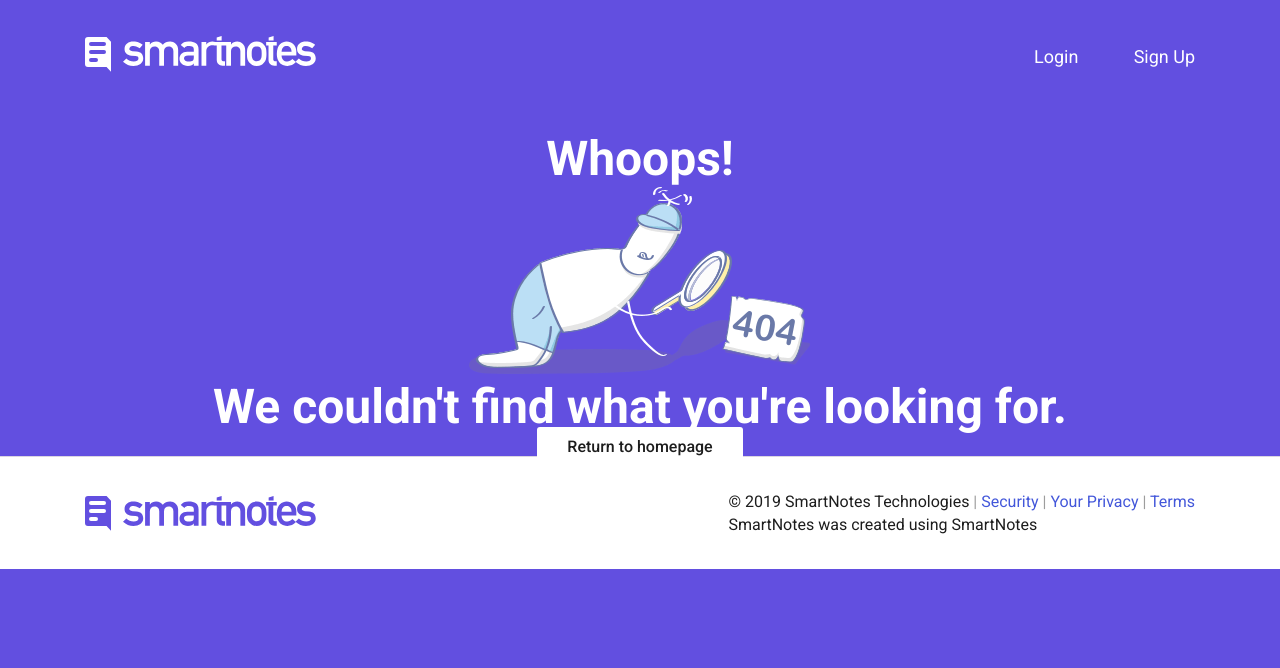
Repository: vargaeric/smartnotes
Page: workspace/public/html/404.html
The author's editor kept a record of every edit. The page is drawn from the files as they stood at one moment, then again after the next edit.
The browser window is 1280 px wide. The pictures show the whole page.

Above is the page before.

### workspace/public/html/404.html
<!DOCTYPE html>
<html>
    <head>
        <link rel="stylesheet" type="text/css" href="./css/index.css">
        <link rel="stylesheet" type="text/css" href="./css/404.css">
    </head>
    <body>
        <div id="header">
            <div class="content">
                <div class="logo">
                    <a href="/" title="Homepage">
                        <img src="images/logo.svg"/>
                    </a>
                </div>
                <div class="nav">
                    <a href="/login.html" title="Login">Login</a>
                    <a href="/sign-up.html" title="Sign Up">Sign Up</a>
                </div>
            </div>
        </div>
        <div id="main2">
            <h2>Whoops!</h2>
            <img src="images/404.png"/>
            <h1>We couldn't find what you're looking for.</h1>
            <div class="hbtn">
                <a href="index.html">Return to homepage</a>
            </div>
        </div>
        <div id="footer">
            <div class="content">
                <img src="images/logo2.svg">
                <div>
                    &copy 2019 SmartNotes Technologies
                    <br id="brk"/>
                    <span id="bl">|</span> <a href="/security.html">Security</a>
                    <span>|</span> <a href="/your-privacy.html">Your Privacy</a>
                    <span>|</span> <a href="/terms.html">Terms</a>
                    <br/>
                    SmartNotes was created using SmartNotes
                </div>
            </div>
        </div>
    </body>
</html>

### workspace/public/css/index.css
@import url('https://fonts.googleapis.com/css?family=Roboto:400,500,700');

* {
    box-sizing: border-box;
}

body {
    margin: 0;
    font-family: 'Roboto', sans-serif;
    font-size: 18px;
    color: #1d1d1d;
    letter-spacing: 0;
}

p, h1, h2, h3 {
    margin: 0;
    padding: 0;
}

a {
    text-decoration: none;
    color: #624fe0;
    font-size: 16px;
}


.content {
    margin: 0 auto;
    width: 100%;
    max-width: 1150px;
    padding:0 20px;
}

#header {
    background-color: #624fe0;
    padding: 36px 0;
    width: 100%;
    z-index: 100;
    position: fixed;
}

    #header .content {
        display: flex;
        justify-content: space-between;
        align-items: center;
    }

    .nav {
        display: flex;
        justify-content: space-between;
        width: 161px;
        flex: 0 0 auto;
    }

        .nav a {
            color: #fff;
            font-size: 18px;
        }

        .nav a:hover {
            opacity: 0.6;
        }

    .logo a {
        display: inline-block;
    }

#main {

}

    #main .content {
        padding-top: 18px;
    }

    .section-jumbotron {
        padding-top: 112px;
        background-color: #624fe0;
        height: 652px;
    }

        h1 {
            font-weight: 600;
            font-size: 48px;
            color: #fff;
            text-align: center;
        }

            h1 span {
                color: #c8bcff;
            }

        .manage-notes {
            margin-top: 50px;
            display: flex;
            justify-content: space-between;
        }

            .smart-notes {
                max-width: 50%;
                margin-top: 10px;
            }

                .smart-notes h3 {
                    color: #fff;
                    font-size: 30px;
                    margin-left: 33px;
                }

                .smart-notes ul {
                    color: #fff;
                    list-style-type: square;
                    margin-bottom: 63px;
                }

                    .smart-notes li {
                        line-height: 26px;
                    }

                .smart-notes a {
                    display: block;
                    background-color: #fff;
                    width: 250px;
                    height: 56px;
                    border-radius: 3px;
                    text-align: center;
                    font-size: 22px;
                    font-weight: 500;
                    padding-top: 15px;
                    margin-top: 80px;
                    margin-left: 35px;
                }

            .mobile-friendly {
                padding-right: 80px;
            }

    #join {
        margin-top: 151px;
        font-size: 28px;
        font-weight: 600;
        text-align: center;
        margin-bottom: 50px;
    }

    #logos .content {
        display: flex;
        justify-content: space-between;
        align-items: center;
        margin-bottom: 53px;
    }

        #google {
            width: 115px;
        }

        #airbnb {
            width: 133px;
        }

        #nike {
            width: 84px;
        }

        #samsung {
            width: 117px;
        }

        #uber {
            width: 80px;
        }

    #main-center .content {
        display: flex;
        justify-content: space-between;
        align-items: center;
        margin-bottom: 107px;
    }

        #left {
            margin-top: 26px;
        }

            #left h3 {
                font-size: 28px;
                font-weight: 500;
            }

            #left p, #left a {
                line-height: 30px;
            }

            #left a {
                font-weight: 600;
                font-size: 18px;
            }

        #right {
            position: relative;
            left: 28px;
        }


#footer {
    border-top: 1px solid #dad6e2;
    background-color: #fff;
}

    #footer .content {
        height: 112px;
        display: flex;
        justify-content: space-between;
        align-items: center;
        line-height: 23px;
        font-size: 16px;
    }

        #brk {
            display: none;
        }

        #footer .content span {
            color: #9d9d9d;
        }

        #footer .content a {
            color:#4357da;
        }

@media screen and (max-width: 1200px) {
    #right {
        left: 0;
    }

}

@media screen and (max-width: 992px) {
    .smart-notes ul {
        margin-bottom: 0;
    }

    .smart-notes a {
        margin-top: 20px;
    }

    .mobile-friendly {
        padding-right: 0;
    }
}

@media screen and (max-width: 768px) {
    .section-jumbotron {
        height: 1050px;
    }

        .manage-notes {
            display: block;
            text-align: center;
        }

            .smart-notes {
                max-width: 100%;
            }

            #btn {
                margin:auto;
                width: 250px;
            }

                .smart-notes a {
                    margin-top: 60px;
                    margin-bottom: 60px;
                    margin-left: 0;
                }


    #main-center .content {
        display: block;
        text-align: center;
    }

        #left {
            max-width: 100%;
            margin-bottom: 20px;
        }

        #right {
            margin-left: 0;
        }

    #footer .content {
        display: block;
        text-align: center;
        padding-top: 20px;
        padding-bottom: 120px;
    }

        #brk {
            display: inline;
        }

        #bl {
            display: none;
        }

}

### workspace/public/css/404.css
body {
    background-color:#624fe0;
}

#main2 {
    padding-top: 130px;
    text-align: center;
}


 #main2 > h2 {
     color: #fff;
     font-size: 48px;
 }

    .hbtn > a {
        font-size: 16px;
        color: #1d1d1d;
        padding: 10px 30px;
        font-weight: 500;
        background-color: #fff;
        border-radius: 3px;
    }

After the next edit:
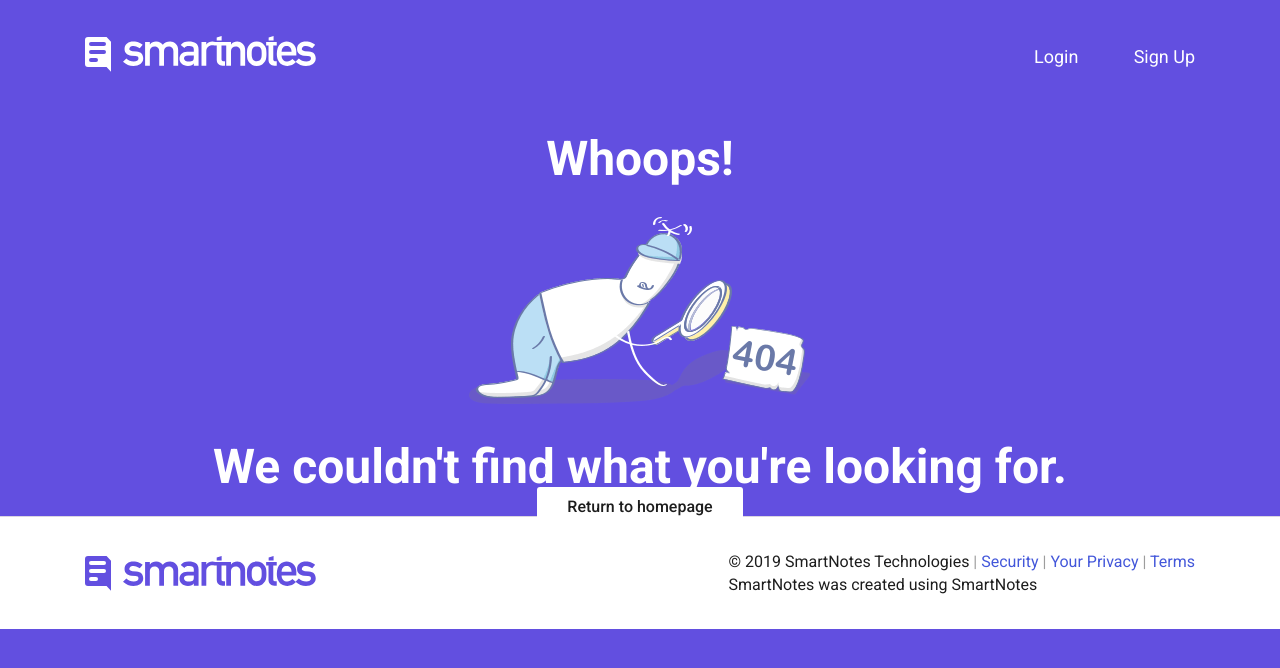
The edit:
--- a/workspace/public/css/404.css
+++ b/workspace/public/css/404.css
@@ -13,6 +13,10 @@
      font-size: 48px;
  }
 
+ #main2 > img {
+    padding: 30px 0 30px 0;
+ }
+
     .hbtn > a {
         font-size: 16px;
         color: #1d1d1d;
